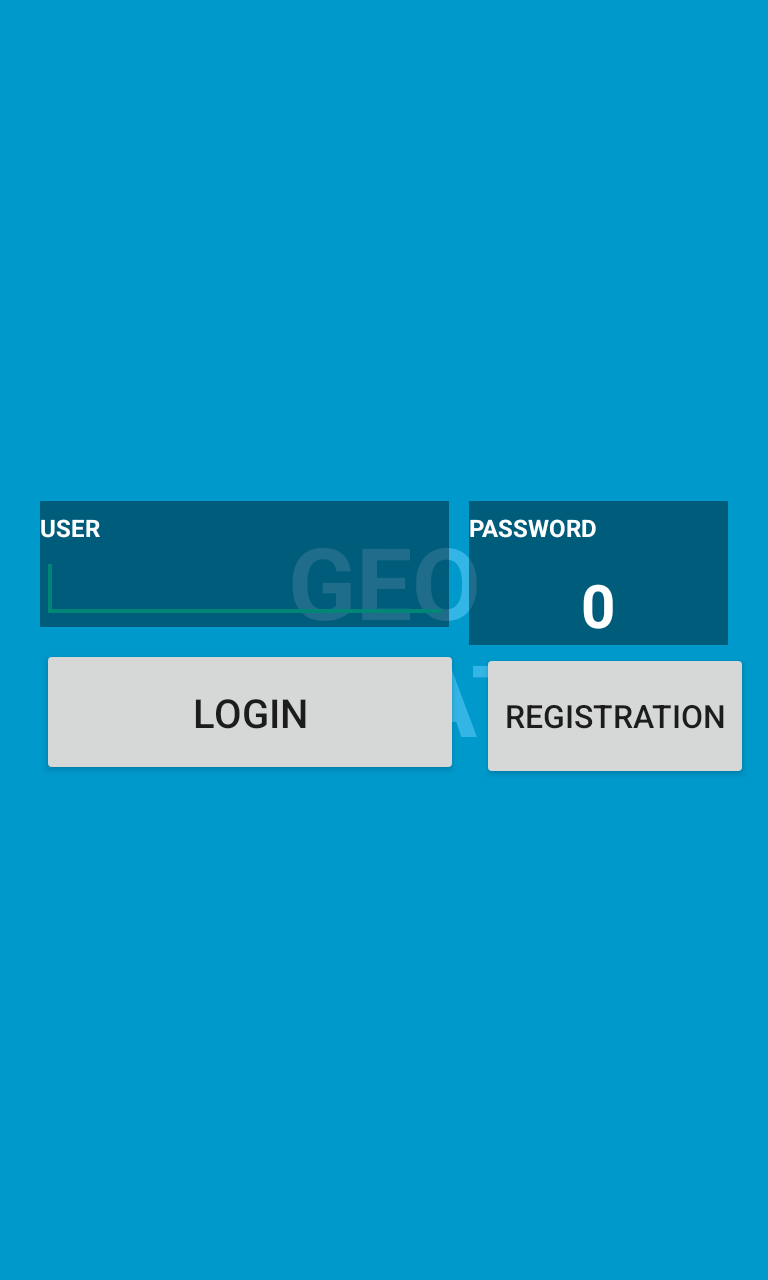
Repository: sebastianR1001/GeoApplication
Layout: GeoApplication/res/layout/login_fullscreen.xml
An editor plug-in stored every save of this project. The layout is shown before and after the next save, followed by the edit.
It is drawn on a 768 x 1280 px phone screen (xhdpi) without system bars, with theme AppTheme; the app's code is not run.

Above is the layout before, as saved 2014-10-25 18:51:46.

After the next save:
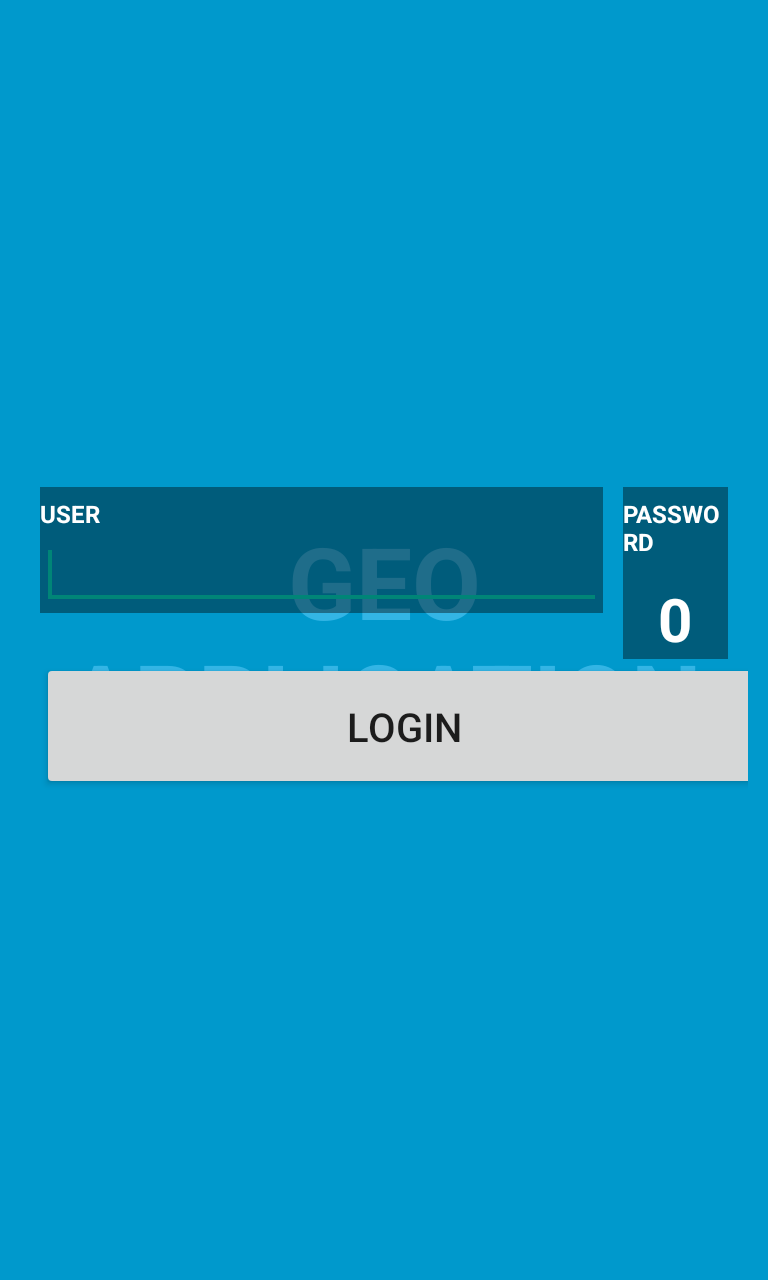
Saved 14 s later.
--- a/GeoApplication/res/layout/login_fullscreen.xml
+++ b/GeoApplication/res/layout/login_fullscreen.xml
@@ -55,7 +55,7 @@
 			       android:id="@+id/userValue"
 			       android:layout_width="match_parent"
 			       android:layout_height="wrap_content"
-			       android:ems="10" >
+			       android:ems="20" >
 
        <requestFocus />
    </EditText>
